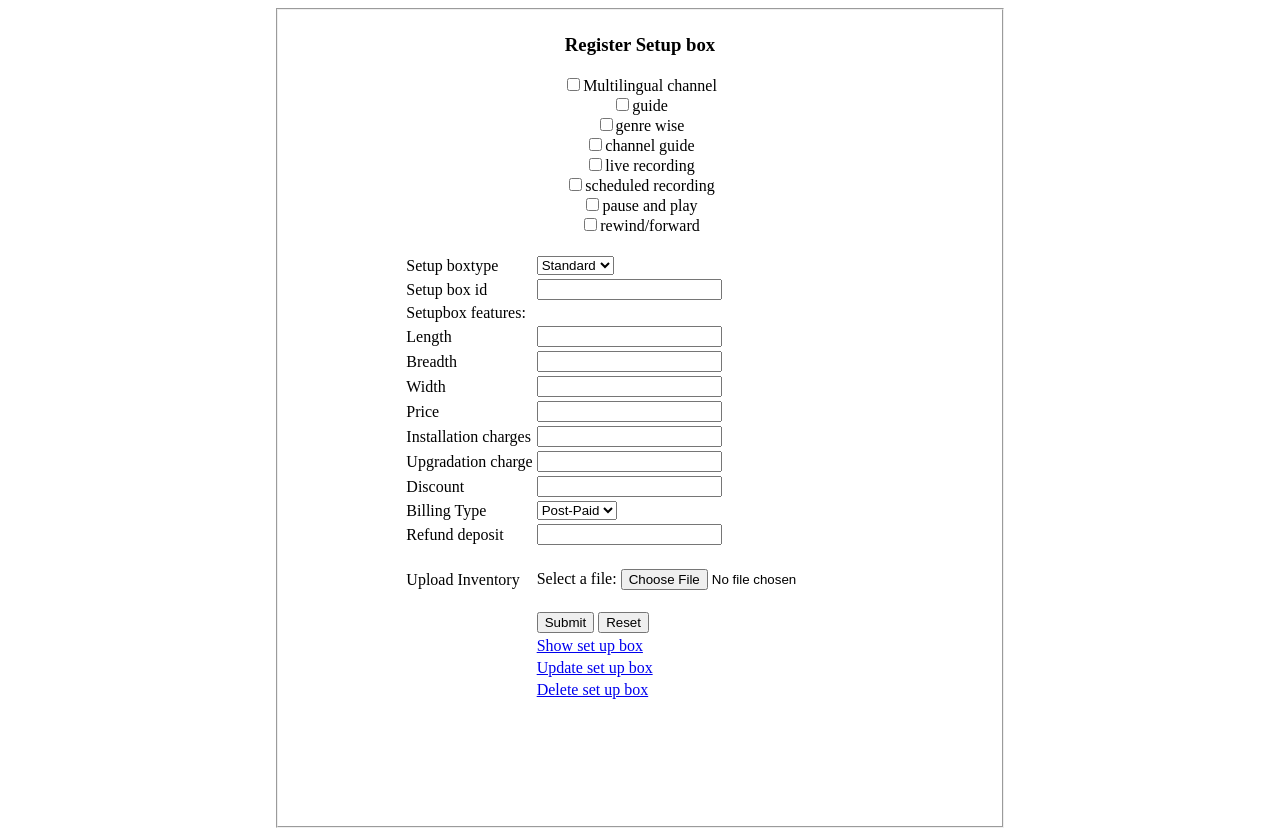
Repository: a18wheeler/TCS-Edison
Page: http://localhost/DTH1/
The author's editor kept a copy of each file at every save. The page is drawn from the files as they stood at one save, then again after the next save.
The browser window is 1280 px wide. The pictures show the whole page.
The page is served by Tomcat 9.

Above is the page before, as saved 2019-10-16 17:59:56.

### playground/DTH1/WebContent/index.jsp
 <%@ page language="java" contentType="text/html; charset=ISO-8859-1"
    pageEncoding="ISO-8859-1"%>

<!DOCTYPE html>
<html>
<head>
<meta charset="ISO-8859-1">
<title>Insert title here</title>
<script type="text/javascript">
function checker(){
	var id = document.forms["inpForm"]["id"];
    var length = document.forms["inpForm"]["length"];
    var breadth = document.forms["inpForm"]["breadth"];
    var width =  document.forms["inpForm"]["width"];
    var price = document.forms["inpForm"]["price"];
    var icharge = document.forms["inpForm"]["icharge"];
    var ucharge =  document.forms["inpForm"]["ucharge"];
    var discount = document.forms["inpForm"]["discount"];
    var deposit = document.forms["inpForm"]["deposit"];
    var patt = new RegExp(/[+-]?(?=.\d|\d)(?:\d+)?(?:.?\d*)(?:[eE][+-]?\d+)?/);
    if (id.value == "" || length.value == "" || breadth.value == "" || width.value == ""
		|| price.value == "" || icharge.value == ""
		|| ucharge.value == "" || discount.value == ""|| deposit.value == ""){
	window.alert("Blank fields not accepted");
    return false;
	}



    if ( !patt.test(id.value) || !patt.test(length.value) || !patt.test(breadth.value) || !patt.test(width.value) ||
            !patt.test(price.value) || !patt.test(icharge.value) || !patt.test(iucharge.value)
            || !patt.test(discount.value) || !patt.test(deposit.value))
    {
        window.alert("Check input type");
        return false;
    }




}
</script>
</head>
<body>


<div align="center">
<form action="DTHServlet" method="get" onSubmit="return checker()" name="inpForm">
<fieldset style="width:700px;height:800px">
<table>
<h3>Register Setup box</h3>

<tr>
<td>Setup boxtype</td>
<td><select name="type">
<option value="Standard">Standard</option>
<option value="HD">HD</option>
<option value="HD+">HD+</option>
<option value="IPTV">IPTV</option>
</select>
</tr>
<tr>
<td>
Setup box id
</td>
<td>
<input type ="text" name="id">
</td>
</tr>
<tr><td>
Setupbox features:</td>

<input type="checkbox" name="lang" value="Multilingual channel" />Multilingual channel<br>
<input type="checkbox" name="lang" value="guide" />guide<br>
<input type="checkbox" name="lang" value="genre wise"/ >genre wise<br>
<input type="checkbox" name="lang" value="channel guide"/>channel guide<br>
<input type="checkbox" name="lang" value=" live recording"/>live recording<br>
<input type="checkbox" name="lang" value="recording"/ >scheduled recording<br>
<input type="checkbox" name="lang" value="pause"/>pause and play<br>
<input type="checkbox" name="lang" value=" rewind"/>rewind/forward<br>
</tr>
<tr>
<td>
Length
</td>
<td>
<input type ="text" name="length">
</td>
</tr>
<tr>
<td>
Breadth
</td>
<td>
<input type ="text" name="breadth">
</td>
</tr>
<tr>
<td>
Width
</td>
<td>
<input type ="text" name="width">
</td>
</tr>
<tr>
<td>
Price
</td>
<td>
<input type ="text" name="price">
</td>
</tr>
<tr>
<td>
Installation charges
</td>
<td>
<input type ="text" name="icharge">
</td>
</tr>
<tr>
<td>
Upgradation charge
</td>
<td>
<input type ="text" name="ucharge">
</td>
</tr>
<tr>
<td>
Discount
</td>
<td>
<input type ="text" name="discount">
</td>
</tr>
<tr>
<td>Billing Type</td>
<td><select name="btype">
<option value="Post">Post-Paid</option>
<option value="Pre">Pre-Paid</option>
</select>
</tr>
<tr>
<td>
Refund deposit
</td>
<td>
<input type ="text" name="deposit">
</td>
</tr>
<tr><br></tr>
<tr>
<td>
Upload Inventory
</td>
<td>
 <br>
 Select a file: <input type="file" name="myFile"><br><br>
</td>
</tr>

<tr>
<td></td>
<td>
<input type ="submit" name="submit">
<input type="hidden" name="register" value="create">
<input type ="reset" name="reset">
</td>
</tr>
<tr>
<td></td>
<td>
<a href="readSetupbox.jsp">Show set up box</a>
</td>
</tr>
<tr>
<td></td>
<td>
<a href="updateSetupbox.jsp">Update set up box</a>
</td>
</tr>
<tr><td></td>
<td>
<a href="deleteSetupbox.jsp">Delete set up box</a></td>
</table>
</fieldset>
</form>
</div>
</body>
</html>

After the next save:
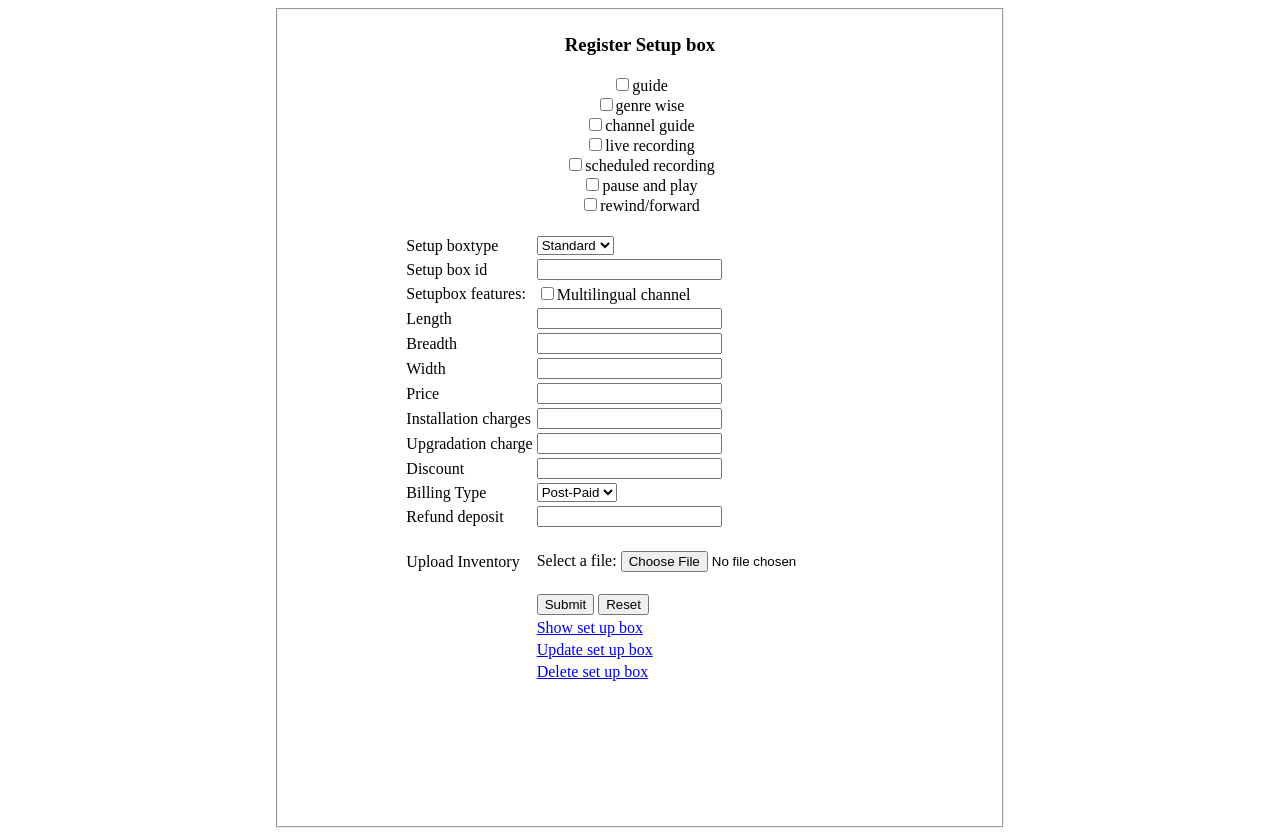
Saved 27 s later.
--- a/playground/DTH1/WebContent/index.jsp
+++ b/playground/DTH1/WebContent/index.jsp
@@ -69,8 +69,8 @@ Setup box id
 </tr>
 <tr><td>
 Setupbox features:</td>
-
-<input type="checkbox" name="lang" value="Multilingual channel" />Multilingual channel<br>
+<td>
+<input type="checkbox" name="lang" value="Multilingual channel" />Multilingual channel</td>
 <input type="checkbox" name="lang" value="guide" />guide<br>
 <input type="checkbox" name="lang" value="genre wise"/ >genre wise<br>
 <input type="checkbox" name="lang" value="channel guide"/>channel guide<br>
